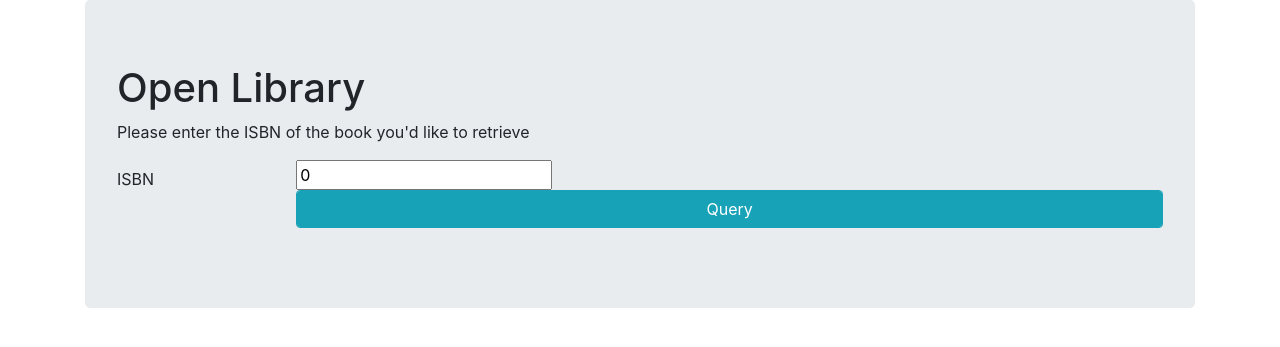
Repository: Voraphi/Jesus_Caballero-CST336-MIDTERM
Page: exams/midterm/index.html
The author's editor kept a record of every edit. The page is drawn from the files as they stood at one moment, then again after the next edit.
The browser window is 1280 px wide. The pictures show the whole page.

Above is the page before.

### exams/midterm/index.html
<!DOCTYPE html>
<html>
    <head>
        <title>Library Query</title>
        <link rel="stylesheet" href="css/styles.css" type="text/css" />
        <link href="https://stackpath.bootstrapcdn.com/bootstrap/4.4.1/css/bootstrap.min.css" rel="stylesheet" integrity="sha384-Vkoo8x4CGsO3+Hhxv8T/Q5PaXtkKtu6ug5TOeNV6gBiFeWPGFN9MuhOf23Q9Ifjh" crossorigin="anonymous">
        <script src="https://code.jquery.com/jquery-3.4.1.min.js" integrity="sha256-CSXorXvZcTkaix6Yvo6HppcZGetbYMGWSFlBw8HfCJo=" crossorigin="anonymous"></script>

    </head>
    <body class="container">
        <div class="query jumbotron">
            <h1>Open Library</h1>

            <p>Please enter the ISBN of the book you'd like to retrieve</p>

            <form>
                 <div class="form-group row">
                    <label for="book-isbn" class="col-md-2 col-form-label">ISBN</label>
                    <div class="col-md-10">
                        <span><input type="text" name="isbn" id="isbn" class="md-4" value="0"/></span>
                        <!--<div class="col-md-6"-->
                        <span><button type="button" class="btn btn-info md-6 form-control" id="isbn-query">Query</button></span>
                    </div>
                </div>
            </form>

        </div>

        <div id="book">
            <div class="form-group row book-info">
            </div>
        </div>

        <script type="text/javascript" src="js/functions.js"></script>
    </body>
</html>

### exams/midterm/css/styles.css
.cover {
    border: 5px solid black;
    border-radius: 10px;
}

.info {
    margin: 50px;
    font-size: 25px;
}

### exams/midterm/js/functions.js
$("#isbn-query").on("click", function() {

    var bookISBN = $("#isbn").val();

    $.ajax({
        method: "GET",
        url: "https://openlibrary.org/api/books?",
        // dataType: "json",
        data: { "bibkeys" : "ISBN:" + bookISBN,
                "format" : "json",
                "jscmd" : "data" },
        success: function(result, status) {
            console.log(result);
            $(".book-info").html('<img class="col-sm-3 cover" src="' + result["ISBN:" + bookISBN].cover.medium + '">'
                                 + '<div class="col-sm-4 info">' + '</div>');
            $(".info").html('<div> Title : ' + result["ISBN:" + bookISBN].title
                            + '</div>' + '<div> Author: ' + result["ISBN:" + bookISBN].authors[0].name + '</div>'
                            + '<div> Publish: ' + result["ISBN:" + bookISBN].publish_date + '</div>'
                            + '<div> Publisher: ' + result["ISBN:" + bookISBN].publishers[0].name + '</div>'
                            + '<div> ISBN: ' + bookISBN + '</div>'
                            + '<div> Pages: ' + result["ISBN:" + bookISBN].number_of_pages + '</div>');

        }
    });
});

After the next edit:
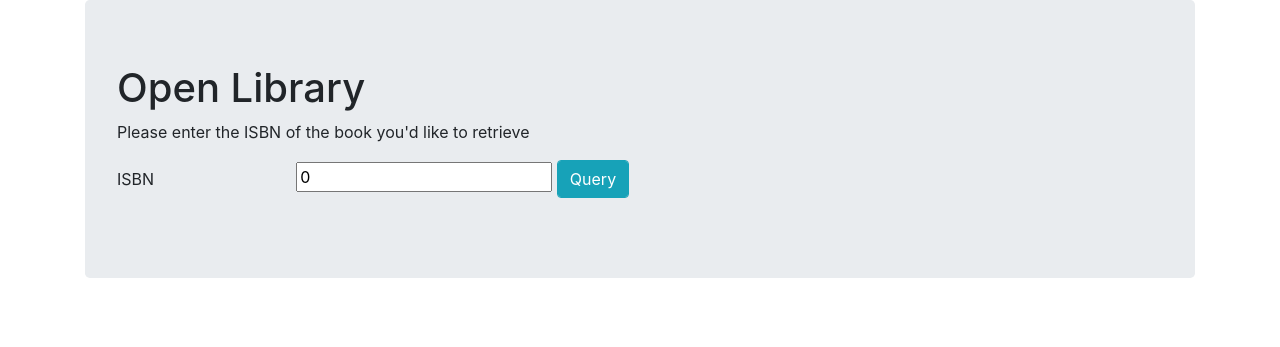
The edit:
--- a/exams/midterm/index.html
+++ b/exams/midterm/index.html
@@ -19,7 +19,7 @@
                     <div class="col-md-10">
                         <span><input type="text" name="isbn" id="isbn" class="md-4" value="0"/></span>
                         <!--<div class="col-md-6"-->
-                        <span><button type="button" class="btn btn-info md-6 form-control" id="isbn-query">Query</button></span>
+                        <span><button type="button" class="btn btn-info col-md-1 form-control" id="isbn-query">Query</button></span>
                     </div>
                 </div>
             </form>
